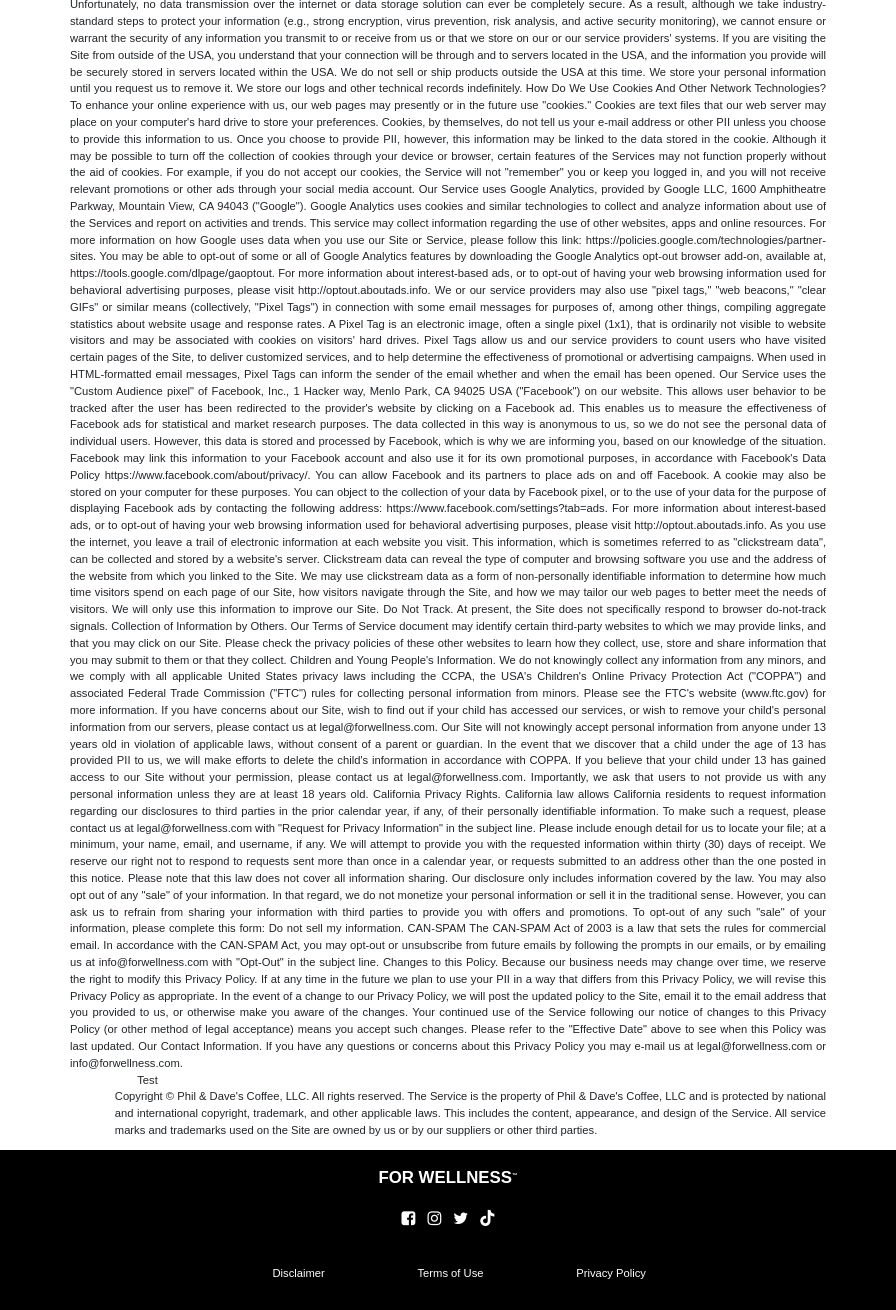
Repository: dariusprince90/wellness-landing
Page: PrivacyPolicy.html
An editor plug-in stored every save of this project. The page is shown before and after the next save, followed by the edit.
The browser window is 1280 px wide. The pictures show the part of the page from y = 2367 to 4287 px (the page is 4239 px tall before and 4287 px after), at 70% of full size.

Above is the page before, as saved 2023-08-03 18:02:46.

After the next save:
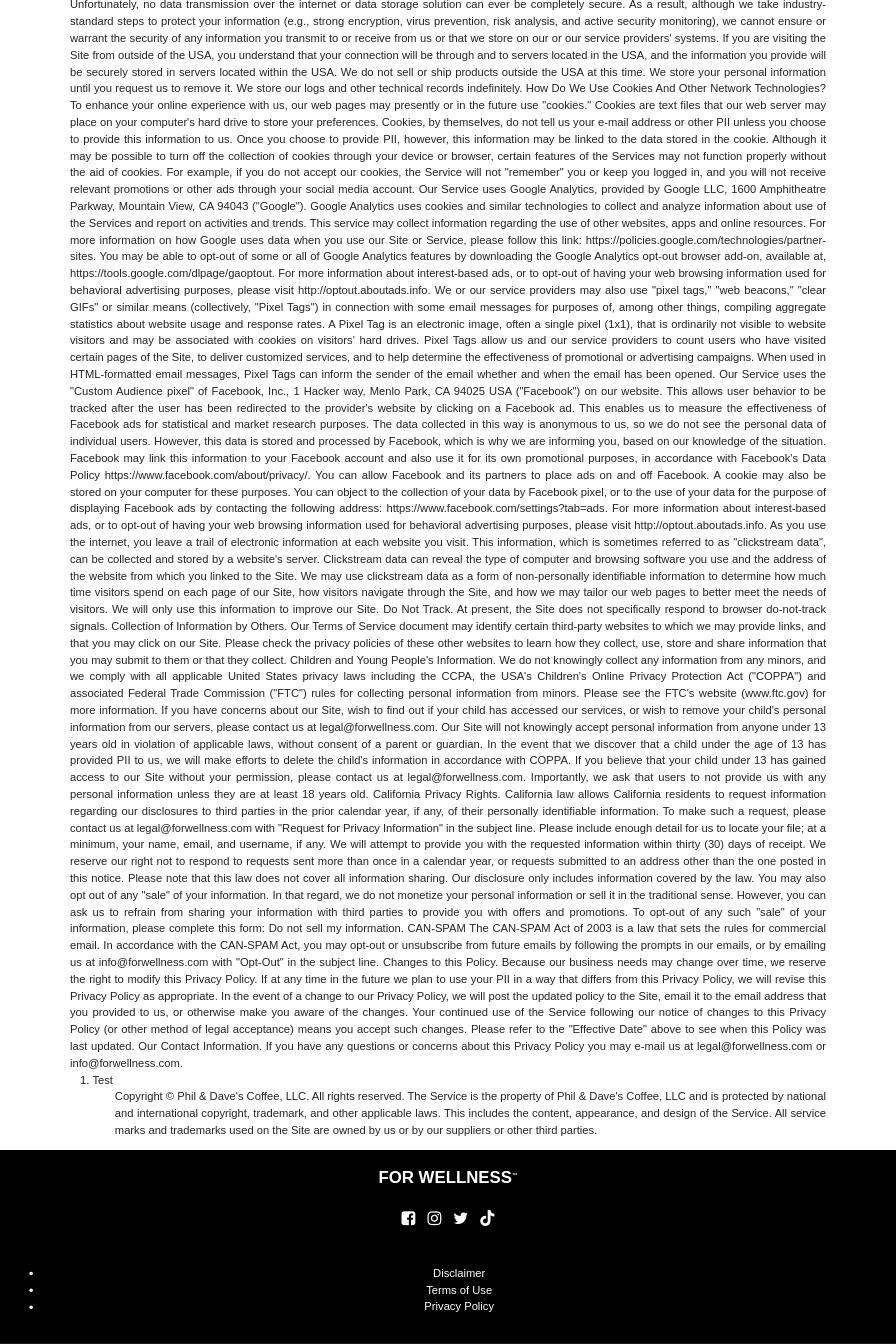
Saved 13 s later.
--- a/PrivacyPolicy.html
+++ b/PrivacyPolicy.html
@@ -14,7 +14,7 @@
         integrity="sha512-iecdLmaskl7CVkqkXNQ/ZH/XLlvWZOJyj7Yy7tcenmpD1ypASozpmT/E0iPtmFIB46ZmdtAc9eNBvH0H/ZpiBw=="
         crossorigin="anonymous" referrerpolicy="no-referrer" />
     <link rel="stylesheet" href="https://maxcdn.bootstrapcdn.com/font-awesome/4.7.0/css/font-awesome.min.css">
-    <link rel="stylesheet" href="css/styles.css">
+    <link rel="stylesheet" href="css/terms.css">
 
 
 </head>
